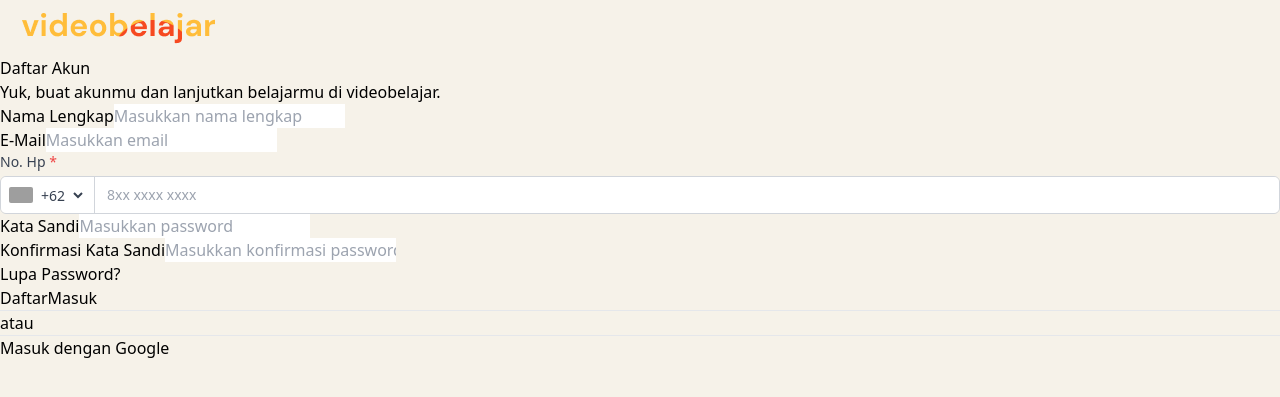
Repository: dimascahyanugraha/Course-Mission-4
Page: /signup
These files come from the project's save history. The page is drawn as it stood at one moment and after the next save; the edit follows.
The browser window is 1280 px wide. The pictures show the whole page.
Pictures or frames that could not be fetched are drawn as grey boxes. The project was rebuilt for these pictures with package versions that can differ from the ones it lists, and the page was loaded fresh each time. Also part of the build but not shown: vite.config.js, src/components/LoginPage.jsx.

Above is the page before, as saved 2026-05-29 10:42:02.

### index.html
<!doctype html>
<html lang="en">
  <head>
    <meta charset="UTF-8" />
    <link rel="icon" type="image/svg+xml" href="/favicon.svg" />
    <meta name="viewport" content="width=device-width, initial-scale=1.0" />
    <title>video-belajar</title>
  </head>
  <body>
    <div id="root"></div>
    <script type="module" src="/src/main.jsx"></script>
  </body>
</html>

### src/index.css
@tailwind base;
@tailwind components;
@tailwind utilities;

/* optional reset */
body {
  font-family: system-ui, sans-serif;
}

### src/App.jsx
import { BrowserRouter, Routes, Route, Navigate } from "react-router-dom"; // ← tambah Navigate
import LoginPage from "./components/LoginPage";
import Signup from "./components/Signup";

export default function App() {
  return (
    <BrowserRouter>
      <Routes>
        <Route path="/" element={<Navigate to="/login" />} />{" "}
        {/* ← tambah ini */}
        <Route path="/login" element={<LoginPage />} />
        <Route path="/signup" element={<Signup />} />
      </Routes>
    </BrowserRouter>
  );
}

### src/components/Signup.jsx
import logoVideoBelajar from "../assets/logo_video_belajar.png";
import indonesia from "../assets/indonesia.png";

export default function Signup() {
  return (
    <div className="min-h-screen bg-[#f6f2e9]">
      <header>
        <img src={logoVideoBelajar} alt="logo" />
      </header>

      <main>
        <div>
          <h2>Daftar Akun</h2>
          <p>Yuk, buat akunmu dan lanjutkan belajarmu di videobelajar.</p>
          <form>
            <div>
              <label>Nama Lengkap</label>
              <input type="text" placeholder="Masukkan nama lengkap" />
            </div>
            <div>
              <label>E-Mail</label>
              <input type="email" placeholder="Masukkan email" />
            </div>
            {/* NO. HP */}
            <div>
              <label className="block text-sm font-medium text-gray-700">
                No. Hp <span className="text-red-500">*</span>
              </label>
              <div className="mt-1 flex rounded-md border border-gray-300 overflow-hidden focus-within:ring-2 focus-within:ring-green-500">
                <div className="flex items-center gap-1 px-2 bg-white border-r border-gray-300">
                  <img
                    src={indonesia}
                    alt="flag ID"
                    className="w-6 h-4 rounded-sm object-cover"
                  />
                  <select className="text-sm text-gray-700 focus:outline-none bg-transparent cursor-pointer pr-1">
                    <option value="+62">+62</option>
                    <option value="+18">+18</option>
                  </select>
                </div>
                <input
                  type="tel"
                  placeholder="8xx xxxx xxxx"
                  className="flex-1 px-3 py-2 text-sm text-gray-700 focus:outline-none"
                />
              </div>
            </div>{" "}
            {/* ← div No.Hp ditutup di sini */}
            <div>
              <label>Kata Sandi</label>
              <input type="password" placeholder="Masukkan password" />
            </div>
            <div>
              <label>Konfirmasi Kata Sandi</label>
              <input
                type="password"
                placeholder="Masukkan konfirmasi password"
              />
            </div>
            <div>
              <a href="#">Lupa Password?</a>
            </div>
          </form>{" "}
          {/* ← form ditutup setelah semua input */}
        </div>
        <button>Daftar</button>
        <button>Masuk</button>
        <div>
          <hr className="flex-1 border-gray-200" />
          atau
          <hr className="flex-1 border-gray-200" />
        </div>
        {/* GOOGLE SIGN IN */}
        <button>Masuk dengan Google</button>
      </main>
    </div>
  );
}

### tailwind.config.js
/** @type {import('tailwindcss').Config} */
export default {
  content: ["./indexedDB.html", "./src/**/*.{js,ts,jsx,tsx}"],
  theme: {
    extend: {},
  },
  plugins: [],
};

Loaded but not shown: src/main.jsx (common file)

After the next save:
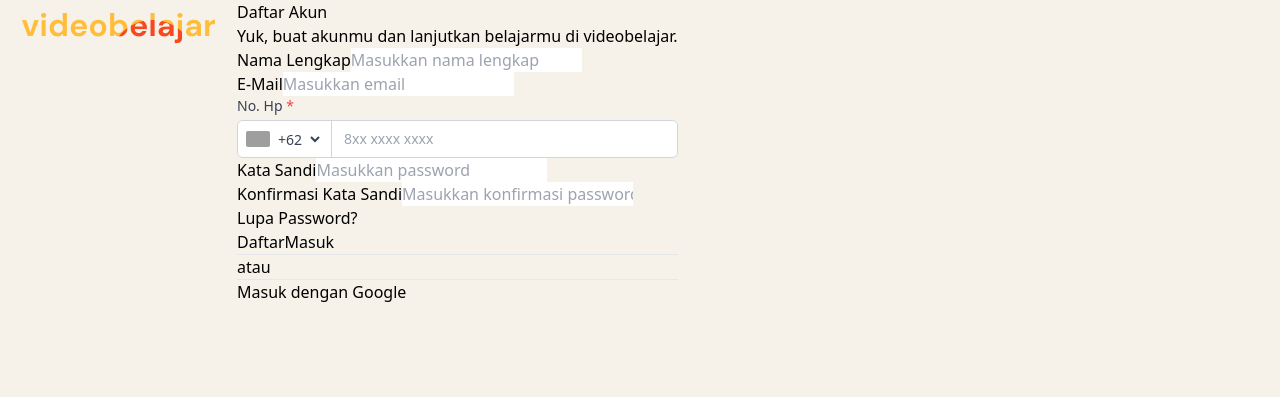
Saved 25 s later.
--- a/src/components/Signup.jsx
+++ b/src/components/Signup.jsx
@@ -3,7 +3,7 @@
 
 export default function Signup() {
   return (
-    <div className="min-h-screen bg-[#f6f2e9]">
+    <div className="min-h-screen bg-[#f6f2e9] flex">
       <header>
         <img src={logoVideoBelajar} alt="logo" />
       </header>

After the save that followed:
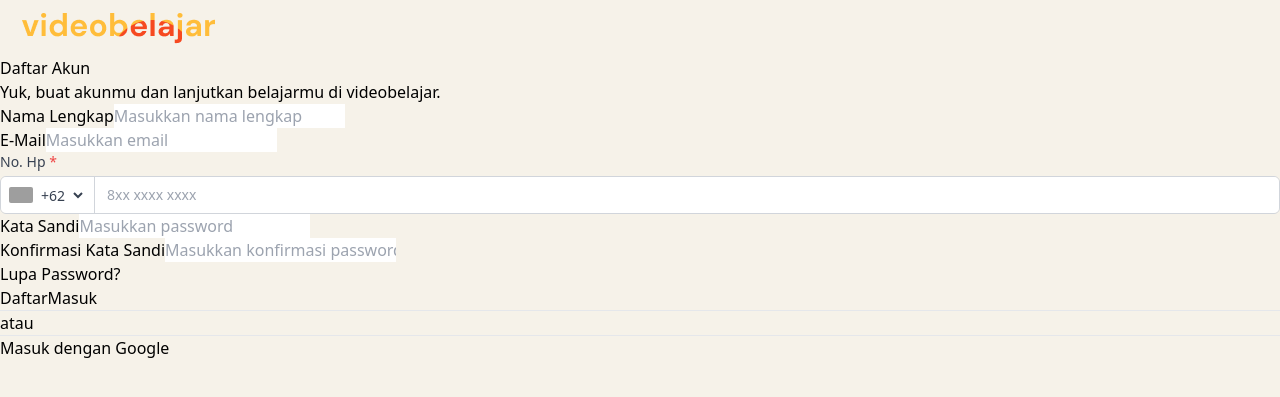
Saved 30 s later.
--- a/src/components/Signup.jsx
+++ b/src/components/Signup.jsx
@@ -3,7 +3,7 @@
 
 export default function Signup() {
   return (
-    <div className="min-h-screen bg-[#f6f2e9] flex">
+    <div className="min-h-screen bg-[#f6f2e9] flex flex-col">
       <header>
         <img src={logoVideoBelajar} alt="logo" />
       </header>
